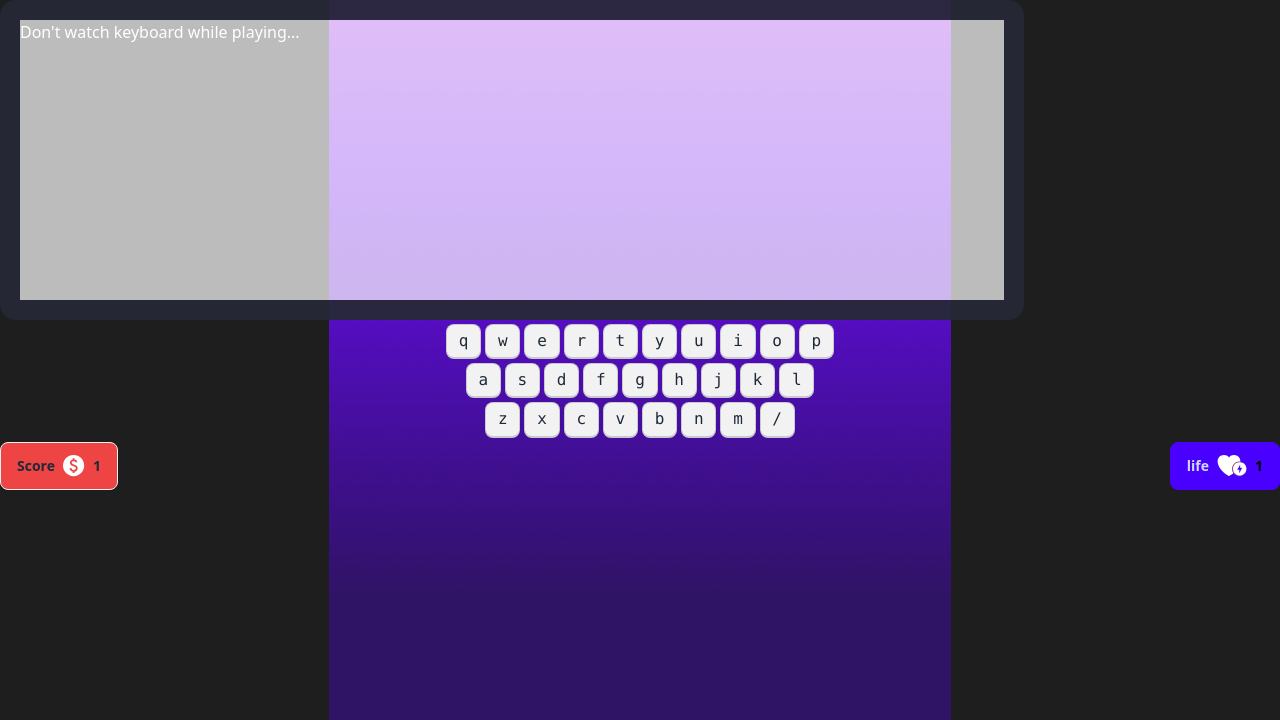
Repository: RudrasahaDibos/Alphabet-clash-
Page: index.html
An editor plug-in stored every save of this project. The page is shown before and after a run of saves, followed by the edit.
The browser window is 1280 px wide. The pictures show the whole page.
Some web fonts or font styles are not loaded; a fallback is used. Some web libraries are served in a nearby version.

Above is the page before, as saved 2024-11-04 12:23:46.

After the next 2 saves:
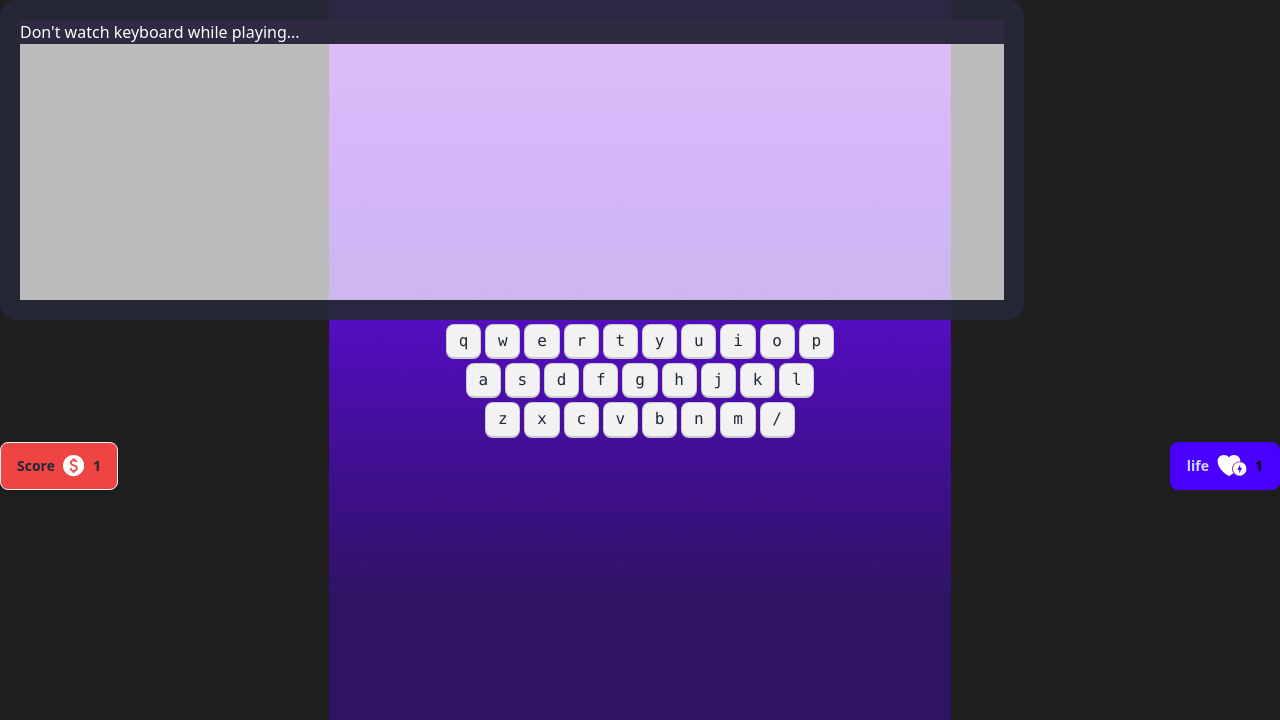
The 2 saves are shown as one change because they came seconds apart.
The last was saved 34 s later.
--- a/index.html
+++ b/index.html
@@ -34,7 +34,7 @@
                     <!-- display screen start here -->
                     <div class="artboard artboard-horizontal phone-6 border-[20px] border-[#010313CC] bg-[#FFFFFFB3] rounded-2xl">
                           <div>
-                            <p class="text-white bg-[]">Don't watch keyboard  while playing...</p>
+                            <p class="text-white bg-[#2F2941]">Don't watch keyboard  while playing...</p>
                           </div>
                     </div>
                      <!-- dispaly screen end here -->
